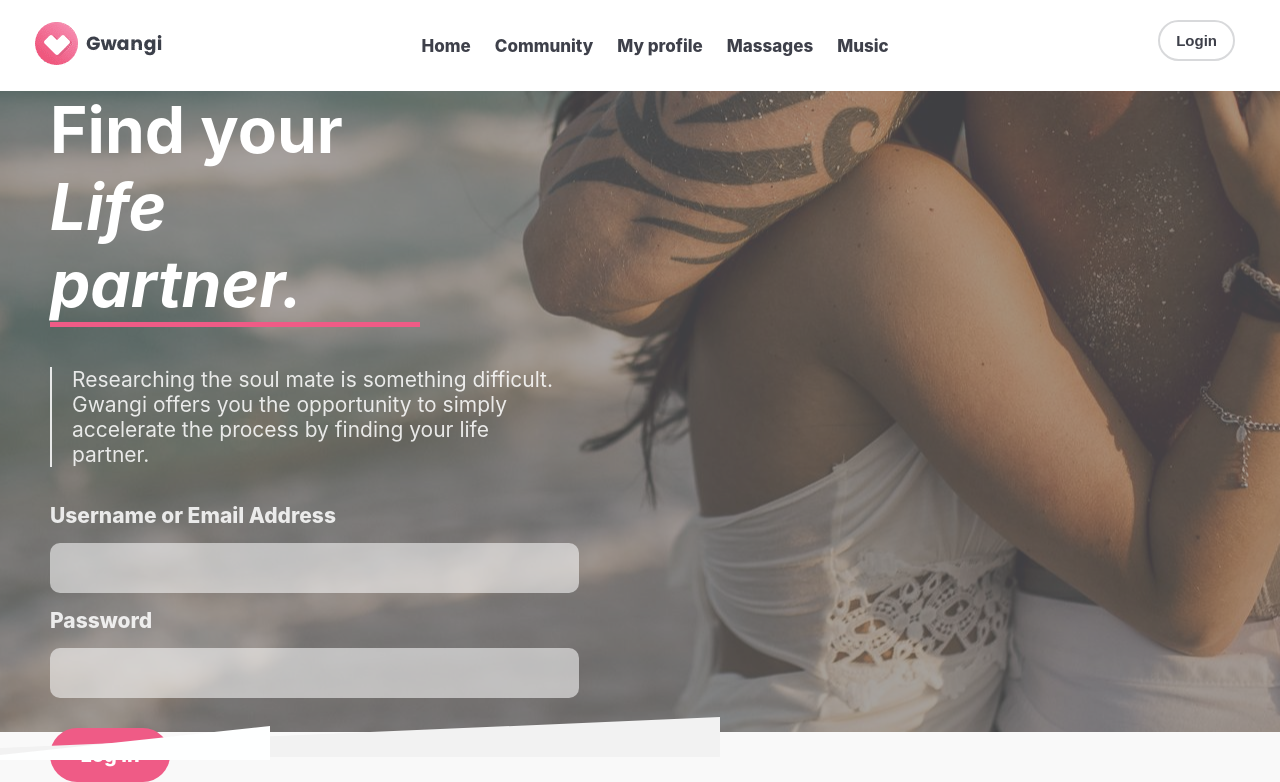
Repository: ShokunLiubov/Soc-Network-React
Page: /login
These files come from the project's save history. The page is drawn as it stood at one moment and after the next save; the edit follows.
The browser window is 1280 px wide. The pictures show the whole page.
The project was rebuilt for these pictures with package versions that can differ from the ones it lists, and the page was loaded fresh each time. Also part of the build but not shown: src/components/common/Paginator/Paginator.module.css, src/components/common/Paginator/Paginator.jsx, src/components/Community/Community.module.css, src/components/Community/Friend/Friend.jsx, src/components/Community/Community.jsx, src/components/common/Preloader/Preloader.jsx, src/components/Community/CommunityContainer.jsx, src/components/Dialogs/Dialogs.module.css and 14 more.

Above is the page before, as saved 2022-08-24 18:35:57.

### src/index.js
import reportWebVitals from './reportWebVitals';
import store from './redux/redux-store';
import React from 'react';
import ReactDOM from 'react-dom/client';
import './index.css';
import App from './App';
import { BrowserRouter } from 'react-router-dom';
import { Provider } from 'react-redux'

const root = ReactDOM.createRoot(document.getElementById('root'));

  root.render(

      <BrowserRouter>
        <Provider store={store}>
          <App />
        </Provider>
      </BrowserRouter>


  );


// If you want to start measuring performance in your app, pass a function
// to log results (for example: reportWebVitals(console.log))
// or send to an analytics endpoint. Learn more: https://bit.ly/CRA-vitals
reportWebVitals();

### src/redux/redux-store.js
import {combineReducers, legacy_createStore as createStore} from "redux"
import dialogsReducer from "./dialogs-reducer"
import profileReducer from "./profile-reducer"
import communityReducer from "./community-reducer"
import authReducer from "./auth-reducer"

let reducers = combineReducers({
    profilePage : profileReducer,
    dialogsPage : dialogsReducer,
    communityPage : communityReducer,
    auth: authReducer
})

let store = createStore(reducers)

export default store;

### src/App.js
import React from 'react';
import { Routes, Route } from "react-router-dom";
import './App.css';
import Registration from './components/Auth/Registration/Registration';
import CommunityContainer from './components/Community/CommunityContainer';
import DialogsContainer from './components/Dialogs/DialogsContainer';
import Home from './components/Home/Home';
import Music from './components/Music/Music';
import Navbar from './components/Navbar/Navbar';
import ProfileContainer from './components/Profile/ProfileContainer';

function App(props) {
  return (

    <div className='app-wrapper'>
      <Navbar />
      <Routes>
        <Route path='/home/*' element={<Home />} />

        <Route path='/community/*' element={<CommunityContainer />} />

        <Route path='/profile/:id' element={<ProfileContainer />} />
        <Route path='/profile/*' element={<ProfileContainer />} />

        <Route path='/dialogs/*' element={<DialogsContainer />} />

        <Route path='/music/*' element={<Music />} />

        <Route path='/login/*' element={<Registration />} />

      </Routes>

    </div>

  );
}

export default App;

### src/redux/dialogs-reducer.js
const SAND_MASSAGE = 'SAND-MASSAGE'
const UPDATE_NEW_MASSAGE_TEXT = 'UPDATE-NEW-MASSAGE-TEXT'

let initialState = {
    dialogsData: [
        { id: 1, name: 'Vika', ava: './../images/ava-w1.jpeg' },
        { id: 2, name: 'Eugen', ava: './../images/ava-m2.png' },
        { id: 3, name: 'Liubov', ava: './../images/ava-w3.jpeg' },
        { id: 4, name: 'Max', ava: './../images/ava-m1.jpeg' },
        { id: 5, name: 'Nika', ava: './../images/ava-w2.webp' }
    ],
    massagesData: [
        { id: 1, massage: 'Hi' },
        { id: 2, massage: 'How are you?' },
        { id: 3, massage: 'I am okey!' }
    ],
    newMassageText: ''
}

const dialogsReducer = (state = initialState, action) => {

    switch (action.type) {
        case SAND_MASSAGE:
            let text = state.newMassageText
            return {
                ...state,
                newMassageText: '',
                massagesData: [...state.massagesData, {id: Date.now(),massage: text}]
            }

        case UPDATE_NEW_MASSAGE_TEXT:
            return {
                ...state,
                newMassageText: action.newText
            }

        default:
            return state
    }

}

export const sandMassage = () => ({ type: SAND_MASSAGE })

export const onMassageChange = (text) =>
    ({ type: UPDATE_NEW_MASSAGE_TEXT, newText: text })

export default dialogsReducer;

### src/redux/profile-reducer.js
const ADD_POST = 'ADD-POST'
const UPDATE_NEW_POST_TEXT = 'UPDATE-NEW-POST-TEXT'
const SET_USER_PROFILE = 'SET-USER-PROFILE'

let initialState = {
    userProfile: {},
    postsData: [
        { id: 1, massage: 'Hi, how are you?', countLikes: '12', time: '29 minutes ago' },
        { id: 2, massage: 'It is my first post', countLikes: '99+', time: 'yesterday' },
        { id: 3, massage: 'My name Liubov, I am wife Eugen', countLikes: '32', time: 'week ago' }
    ],
    newPostText: ''
}

const profileReducer = (state = initialState, action) => {
    switch (action.type) {
        case ADD_POST:
            let newPost = {
                id: Date.now(),
                massage: state.newPostText,
                countLikes: '0',
                time: new Date().toLocaleTimeString()
            }
            return {
                ...state,
                newPostText: '',
                postsData: [newPost, ...state.postsData]
            }

        case UPDATE_NEW_POST_TEXT:
            return {
                ...state,
                newPostText: action.newText
            }
        case SET_USER_PROFILE:
            return {
                ...state,
                userProfile: action.profile

            }
        default:
            return state
    }


}

export const addPost = () => ({ type: ADD_POST })

export const updateNewPostText = (text) =>
    ({ type: UPDATE_NEW_POST_TEXT, newText: text })

export const setUserProfile = (profile) =>
    ({ type: SET_USER_PROFILE, profile})


export default profileReducer;

### src/redux/community-reducer.js
const FOLLOW = 'FOLLOW'
const UN_FOLLOW = 'UN-FOLLOW'
const SET_USERS = 'SET-USERS'
const SET_PAGE = 'SET-PAGE'
const SET_USERS_TOTAL_COUNT = 'SET-USERS-TOTAL-COUNT'
const TOGGLE_IS_FETCHING = 'TOGGLE-IS-FETCHING'

let initialState = {
    userData: [ ],
    pageSize: 10,
    totalUsersCount: 0,
    currentPage: 1,
    currentPageSize: 1,
    isFetching: false
}
const communityReducer = (state = initialState, action) => {
    switch (action.type) {
        case FOLLOW:
            return {
                ...state,
                userData: state.userData.map (user => {
                    if(user.id === action.userID) {
                        return {...user, followed: true}
                    }
                    return user
                })
            }
        case UN_FOLLOW:
            return {
                ...state,
                userData: state.userData.map (user => {
                    if(user.id === action.userID) {
                        return {...user, followed: false}
                    }
                    return user
                })
            }
        case SET_USERS:
            return {
                ...state,
                userData: action.users
            }
        case SET_PAGE:
            return {
                ...state,
                currentPage: action.page
                }
        case SET_USERS_TOTAL_COUNT:
            return {
                ...state,
                totalUsersCount: action.UsersTotalCount
            }
        case TOGGLE_IS_FETCHING:
            return {
                ...state,
                isFetching: action.isFetching
            }
        default:
            return state
    }
}

export const follow = (userID) => ({ type: FOLLOW, userID })

export const unFollow = (userID) => ({ type: UN_FOLLOW, userID })

export const setUsers = (users) => ({ type: SET_USERS, users })

export const setPage = (page) => ({ type: SET_PAGE, page })

export const setUsersTotalCount = (UsersTotalCount) => ({ type: SET_USERS_TOTAL_COUNT, UsersTotalCount })

export const toggleFetching = (isFetching) => ({ type: TOGGLE_IS_FETCHING, isFetching })

export default communityReducer;


// Создать кнопки prev next
// if(currentPage > 1) { prev
// } минус 1  при отрисовки подставляться значения, исключение первая страница
// Отображать в пагинации 5 стр и одну последнюю , учесть если будет меньше 5 стр

### src/redux/auth-reducer.js
const SET_USER_DATA = 'SET-USER-DATA'
// const UN_FOLLOW = 'UN-FOLLOW'

let initialState = {
    userId: undefined,
    email: undefined,
    login: undefined,
    isFetching: false
}
const authReducer = (state = initialState, action) => {
    switch (action.type) {
        case SET_USER_DATA:
            return {
                ...state,
                ...action.data
            }
        // case TOGGLE_IS_FETCHING:
        //     return {
        //         ...state,
        //         isFetching: action.isFetching
        //     }
        default:
            return state
    }
}

export const setUserData = (userId, email, login) => ({ type: SET_USER_DATA, data: {userId, email, login} })

// export const toggleFetching = (isFetching) => ({ type: TOGGLE_IS_FETCHING, isFetching })

export default authReducer;

### src/components/Auth/Registration/Registration.jsx
import React from 'react';
import styles from './Registration.module.css'

const Registration = () => {
    return (
        <div className={styles.background}>
            <div className={styles.registration}>
                <div className={styles.title}>Find your<br />
                    <i>Life partner.</i></div>
                <p className={styles.excerption}>Researching the soul mate is something difficult. Gwangi offers you the opportunity to simply accelerate the process by finding your life partner.</p>
                <form>
                    <div className={styles.username}>
                        <label>Username or Email Address</label>
                        <input type="text" />
                    </div>
                    <div className={styles.password}>
                        <label>Password</label>
                        <input type="password" />
                    </div>
                    <div className={styles.buttonLogin}>
                        <span>Log in</span>
                    </div>

                </form>
            </div>
            <div className={styles.decoration}>
                <div className={styles.decorationGrey}></div>
                <div className={styles.decorationWhite}></div>
            </div>

        </div>
    )
}

export default Registration;

### src/components/Dialogs/DialogsContainer.jsx
import React from 'react';
import { sandMassage, onMassageChange } from '../../redux/dialogs-reducer';
import Dialogs from './Dialogs';
import { connect } from 'react-redux'


let mapStateToProps = (state) => {
    return {
        dialogsData: state.dialogsPage.dialogsData,
        massagesData: state.dialogsPage.massagesData,
        newMassageText: state.dialogsPage.newMassageText
    }
}

const DialogsContainer = connect(mapStateToProps, { sandMassage, onMassageChange })(Dialogs)

export default DialogsContainer;

### src/components/Navbar/Navbar.jsx
import React from 'react';
import { NavLink } from 'react-router-dom';
import styles from './Navbar.module.css'

const Navbar = () => {
    return (
        <div className={styles.navbar}>
            {/* LOGO */}
            <div className={styles.logo}><img src='./../images/logotype.png' /></div>
             {/* LOGO */}

            {/* MENU */}
            <nav className={styles.menu}>
                <div className={styles.item}>
                    <NavLink to='/home' className={navData => navData.isActive ? styles.active : styles.item}>Home</NavLink>
                </div>
                <div className={styles.item}>
                    <NavLink to='/community' className={navData => navData.isActive ? styles.active : styles.item}>Community</NavLink>
                </div>
                <div className={styles.item}>
                    <NavLink to='/profile' className={navData => navData.isActive ? styles.active : styles.item}>My profile</NavLink>
                </div>
                <div to='/dialogs' className={styles.item}>
                    <NavLink to='/dialogs' className={navData => navData.isActive ? styles.active : styles.item}>Massages</NavLink>
                </div>
                <div className={styles.item}>
                    <NavLink to='/music' className={navData => navData.isActive ? styles.active : styles.item}>Music</NavLink>
                </div>
            </nav>
            {/* MENU */}

            {/* LOGIN */}
            <NavLink to='/login' className={styles.login}>
                <button className='button'>Login</button>
            </NavLink>
            {/* LOGIN */}

        </div>
    )
}

export default Navbar;

### src/components/Auth/Registration/Registration.module.css
.background {
    background-image: url(./../../../../public/images/registration-bgr.jpeg);
    background-repeat: no-repeat;
    background-position: center;
    width: 100%;
    height: 89vh;
    position: relative;
    display: flex;
    align-items: center;
    flex-direction: column;
}

.background::before {
    content: " ";
    width: 100%;
    height: 89vh;
    background-color: #696a6e99;
    position: absolute;
    z-index: 1;
}

.registration {
    margin-left: 50px;
    position: relative;
    z-index: 20;
}

.title {
    color: #ffffff;
    font-size: 64px;
    max-width: 370px;
    font-weight: 700;
    border-bottom: 5px solid #ef5b86;
}

.excerption {
    margin-top: 40px;
    color: rgba(255, 255, 255, 0.85);
    font-size: 21px;
    max-width: 40%;
    padding: 0px 20px;
    border-left: 2px solid rgba(255, 255, 255, 0.85);
}

/* FORM */
.username,
.password {
    display: flex;
    flex-direction: column;
    max-width: 43%;
    color: rgba(255, 255, 255, 0.85);
}

.username input,
.password input {
    background-color: #ffffff8c;
    color: #ffffff;
    font-size: 21px;
    font-weight: 800;
    border-radius: 10px;
    border: none;
    height: 50px;
    padding: 0 20px;
    outline:none;
}

.username label,
.password label {
    margin: 15px 0;
    font-size: 21px;
    font-weight: 800;
}

.buttonLogin {
    cursor: pointer;
    margin-top: 30px;
    background-color: #ef5b86;
    width: 120px;
    padding: 15px 0;
    display: flex;
    justify-content: center;
    align-items: center;
    color: #ffffff;
    border-radius: 30px;
    font-weight: 800;
    font-size: 20px;
}

/* FORM */
.decoration {
    position: relative;
    z-index: 30;
    width: 100%;
}

.decorationGrey {
    position: absolute;
    bottom: 25px;
    /* left: 0px; */
    width: 0;
	height: 0;
    border-top: 31px solid transparent;
	border-right: 100vh solid #f2f2f2;
	border-bottom: 9px solid #f2f2f2;
    /* transition: all 0.5s ease-out; */
}

.decorationWhite {
    position: absolute;
    bottom: 22px;
    width: 0;
	height: 0;
	border-top: 29px solid transparent;
	border-right: 270px solid #feffff;
	border-bottom: 5px solid #feffff;
    /* transition: all 0.5s ease-out; */
}

### src/components/Navbar/Navbar.module.css
.navbar {
    display: flex;
    justify-content: space-between;
    align-items: center;
    padding: 20px 35px;
    background-color: #ffffff;
}

.logo {
    cursor: pointer;
}

.menu {
    display: flex;
}

.item a {
    margin: 0 12px;
    font-size: 17px;
    color: #3e404a;
    font-weight: 800;
    cursor: pointer;
    text-decoration: none;
}

.item a.active {
    color: #ef5b86;
}

.login {
    text-decoration: none;
}

### src/components/Profile/Profile_body/MyPosts/Post/Post.module.css
.post {
    background-color: #ffffff;
    border: 1px solid #e8e8e9;
    border-radius: 10px;
    margin: 50px 0;
    position: relative;
    width: 70%;
    min-height: 100px;
}

.personInfo img {
    position: absolute;
    top: -20px;
    left: -20px;
    width: 80px;
    height: 80px;
    object-fit: cover;
    border-radius: 10px;
}

.personInfo {
    display: flex;
}

.postInfo {
    margin: 10px 80px;
}

.nickname {
    color: #3e404a;
    font-size: 18px;
    font-weight: 700;
}

.time {
    color: #9da6b0;
    font-size: 12px;
    font-weight: 600;
    margin-top: 5px;
}

.massage {
    color: #9ca6af;
    font-size: 15px;
    font-weight: 700;
    margin: 10px 80px;
}

.like {
    width: 100%;
    display: flex;
    justify-content: end;
}

button{
    background: none;
    border: none;
    display: flex;
    align-items: center;
    margin: 0 10px 10px;
}

.countLike {
    margin-left: 5px;
    color: #9da6b0;
    font-size: 12px;
    font-weight: 500;
}

Loaded but not shown: public/index.html (common file); src/reportWebVitals.js (common file); src/index.css (common file); src/App.css (common file); src/components/Home/Home.module.css (no stored copy; drawn as an empty file); src/components/Music/Music.module.css (no stored copy; drawn as an empty file); src/components/Profile/Profile.module.css (no stored copy; drawn as an empty file)

After the next save:
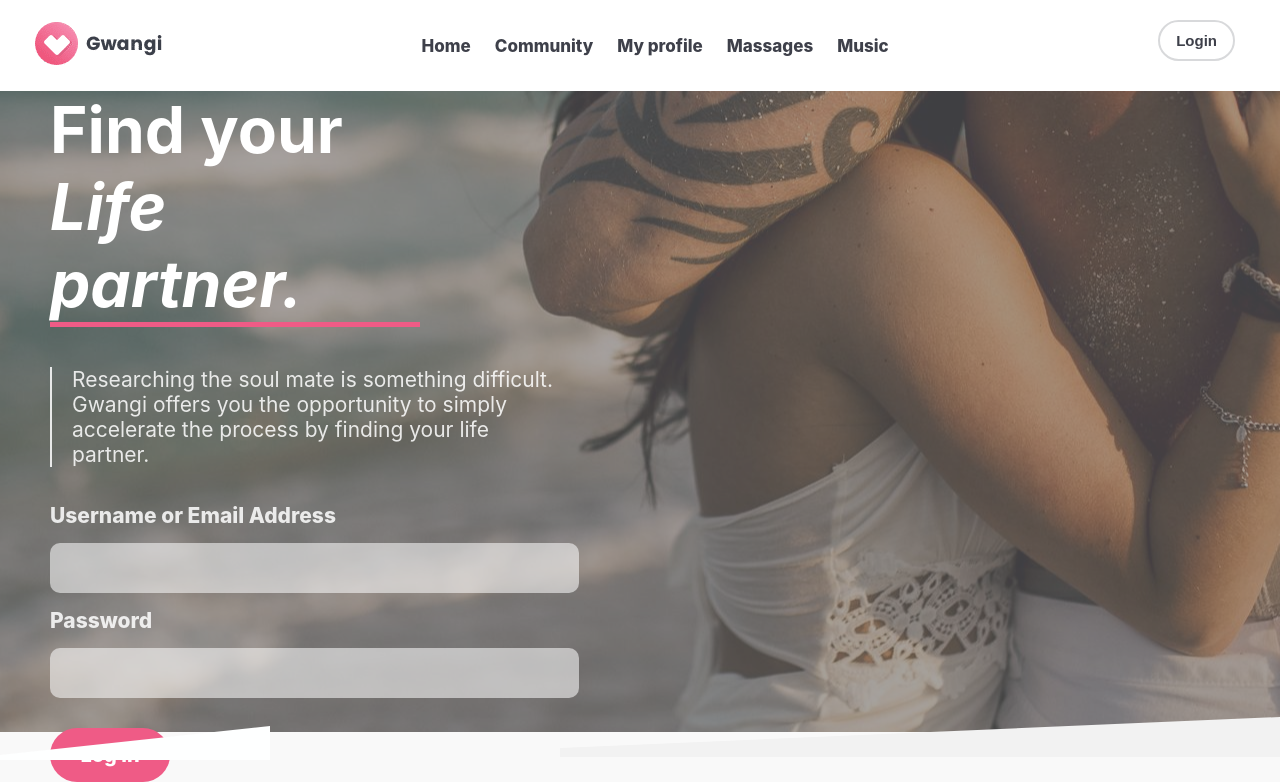
Saved 17 s later.
--- a/src/components/Auth/Registration/Registration.module.css
+++ b/src/components/Auth/Registration/Registration.module.css
@@ -97,6 +97,7 @@
     position: absolute;
     bottom: 25px;
     /* left: 0px; */
+    right: 0px;
     width: 0;
 	height: 0;
     border-top: 31px solid transparent;
